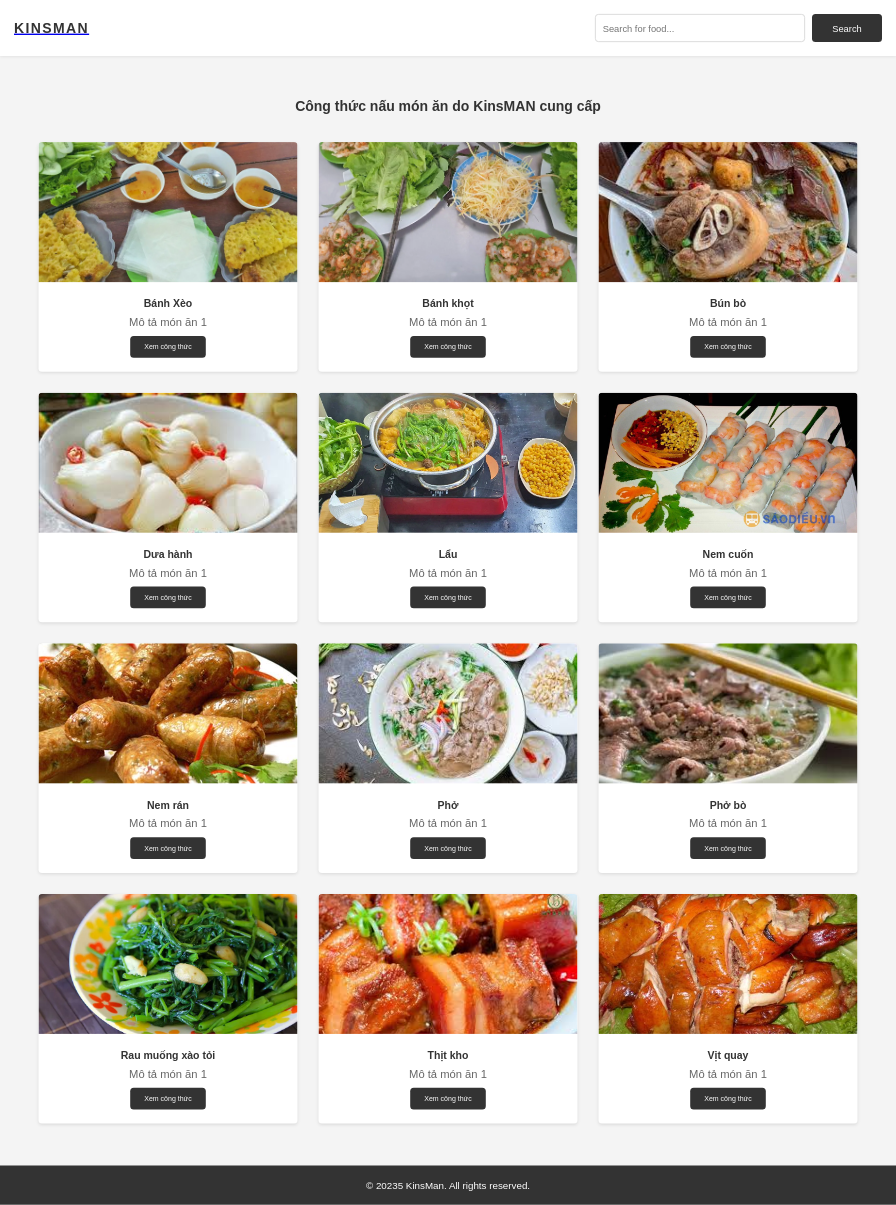
Repository: hoang28092000/how-food
Page: index.html
An editor plug-in stored every save of this project. The page is shown before and after a run of saves, followed by the edit.
The browser window is 1280 px wide. The pictures show the whole page, at 70% of full size.

Above is the page before, as saved 2025-04-15 00:30:08.

### index.html
<!DOCTYPE html>
<html lang="en">
<head>
    <meta charset="UTF-8">
    <meta name="viewport" content="width=device-width, initial-scale=1.0">
    <link rel="stylesheet" href="./style.css">
    <title>Food VN</title>
</head>
<body>
    <header>
        <div class="container">
            <nav class="nav">
                <a href="#"><h1 class="logo">KINSMAN</h1></a>
                <form action="" class="search-form">
                    <input type="text" class="search-box" placeholder="Search for food...">
                    <button type="submit" class="btn-search">Search</button>
                </form>
            </nav>
        </div>
    </header>
    <main>
        <div class="container">
            <h2 class="title-page">
                Công thức nấu món ăn do KinsMAN cung cấp
            </h2>
            <div class="list-food">
                <div class="food-item">
                    <img src="./image/banh-xeo.webp" alt="Món ăn 1" class="food-image">
                    <div class="info-card">
                        <h3 class="food-name">Bánh Xèo</h3>
                        <p class="food-description">Mô tả món ăn 1</p>
                        <a class="btn-card">Xem công thức</a>
                    </div>
                </div>
                <div class="food-item">
                    <img src="./image/banh_khot.webp" alt="Món ăn 1" class="food-image">
                    <div class="info-card">
                        <h3 class="food-name">Bánh khọt</h3>
                        <p class="food-description">Mô tả món ăn 1</p>
                        <a class="btn-card">Xem công thức</a>
                    </div>
                </div>
                <div class="food-item">
                    <img src="./image/bunbo.jpg" alt="Món ăn 1" class="food-image">
                    <div class="info-card">
                        <h3 class="food-name">Bún bò</h3>
                        <p class="food-description">Mô tả món ăn 1</p>
                        <a class="btn-card">Xem công thức</a>
                    </div>
                </div>
                <div class="food-item">
                    <img src="./image/duahanh.jpg" alt="Món ăn 1" class="food-image">
                    <div class="info-card">
                        <h3 class="food-name">Dưa hành</h3>
                        <p class="food-description">Mô tả món ăn 1</p>
                        <a class="btn-card">Xem công thức</a>
                    </div>
                </div>
                <div class="food-item">
                    <img src="./image/lau.webp" alt="Món ăn 1" class="food-image">
                    <div class="info-card">
                        <h3 class="food-name">Lẩu</h3>
                        <p class="food-description">Mô tả món ăn 1</p>
                        <a class="btn-card">Xem công thức</a>
                    </div>
                </div>
                <div class="food-item">
                    <img src="./image/nemccuon.jpg" alt="Món ăn 1" class="food-image">
                    <div class="info-card">
                        <h3 class="food-name">Nem cuốn</h3>
                        <p class="food-description">Mô tả món ăn 1</p>
                        <a class="btn-card">Xem công thức</a>
                    </div>
                </div>
                <div class="food-item">
                    <img src="./image/nemran.jpg" alt="Món ăn 1" class="food-image">
                    <div class="info-card">
                        <h3 class="food-name">Nem rán</h3>
                        <p class="food-description">Mô tả món ăn 1</p>
                        <a class="btn-card">Xem công thức</a>
                    </div>
                </div>
                <div class="food-item">
                    <img src="./image/pho.jpg" alt="Món ăn 1" class="food-image">
                    <div class="info-card">
                        <h3 class="food-name">Phở</h3>
                        <p class="food-description">Mô tả món ăn 1</p>
                        <a class="btn-card">Xem công thức</a>
                    </div>
                </div>
                <div class="food-item">
                    <img src="./image/phobo.jpg" alt="Món ăn 1" class="food-image">
                    <div class="info-card">
                        <h3 class="food-name">Phở bò</h3>
                        <p class="food-description">Mô tả món ăn 1</p>
                        <a class="btn-card">Xem công thức</a>
                    </div>
                </div>
                <div class="food-item">
                    <img src="./image/raumuong-xaotoi.webp" alt="Món ăn 1" class="food-image">
                    <div class="info-card">
                        <h3 class="food-name">Rau muống xào tỏi</h3>
                        <p class="food-description">Mô tả món ăn 1</p>
                        <a class="btn-card">Xem công thức</a>
                    </div>
                </div>
                <div class="food-item">
                    <img src="./image/thitkho.jpg" alt="Món ăn 1" class="food-image">
                    <div class="info-card">
                        <h3 class="food-name">Thịt kho</h3>
                        <p class="food-description">Mô tả món ăn 1</p>
                        <a class="btn-card">Xem công thức</a>
                    </div>
                </div>
                <div class="food-item">
                    <img src="./image/vit-quay.jpg" alt="Món ăn 1" class="food-image">
                    <div class="info-card">
                        <h3 class="food-name">Vịt quay</h3>
                        <p class="food-description">Mô tả món ăn 1</p>
                        <a class="btn-card">Xem công thức</a>
                    </div>
                </div>

            </div>
        </div>
    </main>

    <footer>
        <div class="container">
            <p>&copy; 20235 KinsMan. All rights reserved.</p>
        </div>
    </footer>


    <script src="./script.js"></script>
</body>
</html>

### style.css
*{
    padding: 0;
    margin: 0;
    box-sizing: border-box;
}
.hidden{
    display: none;
}
.show{
    box-shadow: 0 2px 5px rgba(0, 0, 0, 0.1);
}
html{
    font-size: 62.5%;
    scroll-behavior: smooth;
}
.container{
    max-width: calc(100% - 48px);
    width: 1170px;
    margin: 0 auto;
}
body{
    font-family: 'Poppins', sans-serif;
    background-color: #f4f4f4;
}
/* header */
nav{
    display: flex;
    justify-content: space-between;
    align-items: center;
    padding: 20px;
    background-color: #fff;
    box-shadow: 0 2px 5px rgba(0, 0, 0, 0.1);
    position: fixed;
    width: 100%;
    top: 0;
    left: 0;
    z-index: 1000;
}
nav .logo{
    font-size: 2rem;
    font-weight: bold;
    color: #333;
    letter-spacing: 2px;
}
nav .search-form{
    display: flex;
    width: 50%;
    align-items: center;
    justify-content: flex-end;
}
.search-box{
    width: 300px;
    height: 40px;
    padding-left: 10px;
    border: 1px solid #ccc;
    border-radius: 5px;
    outline: none;
}
.btn-search{
    width: 100px;
    height: 40px;
    background-color: #333;
    color: #fff;
    border: none;
    border-radius: 5px;
    cursor: pointer;
    margin-left: 10px;
    transition: background-color 0.2s ease-in-out;
}
.btn-search:hover{
    background-color: #555;
}
/* main */
main{
    margin-top: 80px;
}
.title-page{
    padding-top: 60px;
    text-align: center;
    font-size: 2rem;
    font-weight: bold;
    color: #333;

}
.list-food{
    display: grid;
    grid-template-columns: repeat(auto-fill, minmax(300px, 1fr));
    gap: 30px;
    margin-top: 40px;
}
.food-item{
    background-color: #fff;
    border-radius: 5px;
    box-shadow: 0 2px 5px rgba(0, 0, 0, 0.1);
    overflow: hidden;
    transition: transform 0.2s ease-in-out;
}
.food-item:hover{
    transform: scale(1.05);
    cursor: pointer;
}
.food-item img{
    width: 100%;
    height: 200px;
    object-fit: cover;
}
.info-card{
    padding: 20px 20px 30px;
    text-align: center;
}
.food-item h3{
    font-size: 1.5rem;
    font-weight: bold;
    color: #333;
    margin-bottom: 10px;
}
.food-item p{
    font-size: 1.6rem;
    color: #666;
    margin-bottom: 20px;
}
.food-item .btn-card{
    background-color: #333;
    color: #fff;
    border: none;
    border-radius: 5px;
    padding: 10px 20px;
    cursor: pointer;
    transition: background-color 0.2s ease-in-out;
}
.food-item .btn-card:hover{
    background-color: #555;
}
/* footer */
footer{
    background-color: #333;
    color: #fff;
    padding: 20px 0;
    text-align: center;
    position: relative;
    bottom: 0;
    width: 100%;
    margin-top: 60px;
}
footer p{
    font-size: 1.4rem;
    color: #fff;
    margin: 0;
}

/* responsive */
@media (max-width: 768px) {
    nav {
        flex-direction: column;
        align-items: center;
        gap: 20px;
    }
    .search-box{
        width: 80%;
    }
    .btn-search{
        width: 20%;
    }
    .list-food{
        grid-template-columns: repeat(auto-fill, minmax(200px, 1fr));
    }
}

### script.js
const searchForm = document.querySelector(".search-form");
const searchInput = document.querySelector(".search-box");
const searchButton = document.querySelector(".btn-search");
const foodItems = document.querySelectorAll(".food-item");

const message = document.createElement("p");
message.textContent = "Không tìm thấy công thức nào!";
message.style.color = "red";
message.style.fontSize = "20px";
message.style.display = "none";
message.style.textAlign = "center";
document.querySelector("main").appendChild(message); // Gắn vào main cho hợp lý

searchButton.addEventListener("click", (e) => {
    e.preventDefault(); // Chặn reload khi bấm Search

    const query = searchInput.value.trim().toLowerCase();
    let foundAny = false;

    for (let item of foodItems) {
        const name = item.querySelector(".food-name").textContent.toLowerCase();
        if (name.includes(query)) {
            item.style.display = "block";
            foundAny = true;
        } else {
            item.style.display = "none";
        }
    }

    message.style.display = foundAny ? "none" : "block";
});

After the next 2 saves:
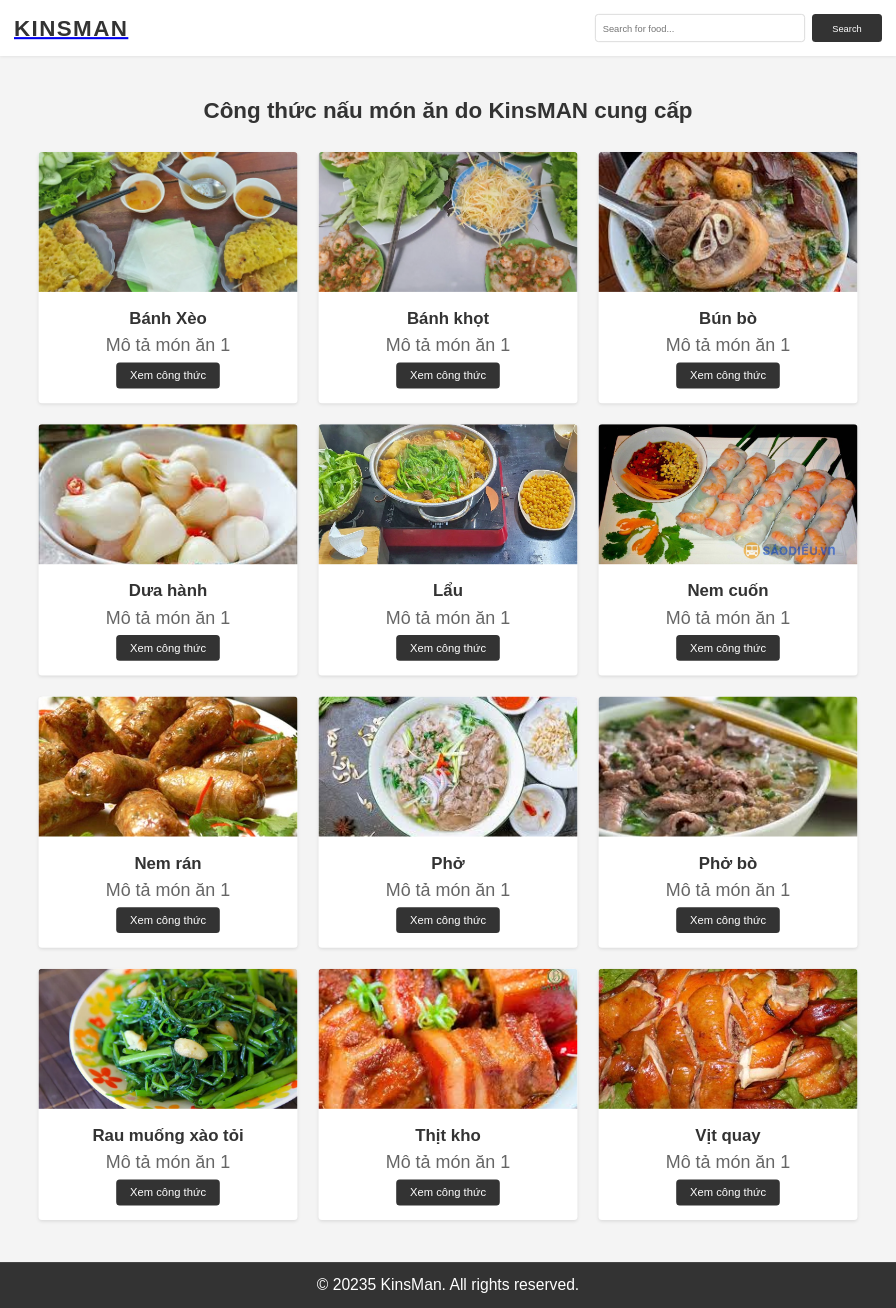
The 2 saves are shown as one change because they came seconds apart.
The last was saved 9 s later.
--- a/style.css
+++ b/style.css
@@ -9,6 +9,7 @@
 .show{
     box-shadow: 0 2px 5px rgba(0, 0, 0, 0.1);
 }
+nav
 html{
     font-size: 62.5%;
     scroll-behavior: smooth;

After the 3 saves that followed:
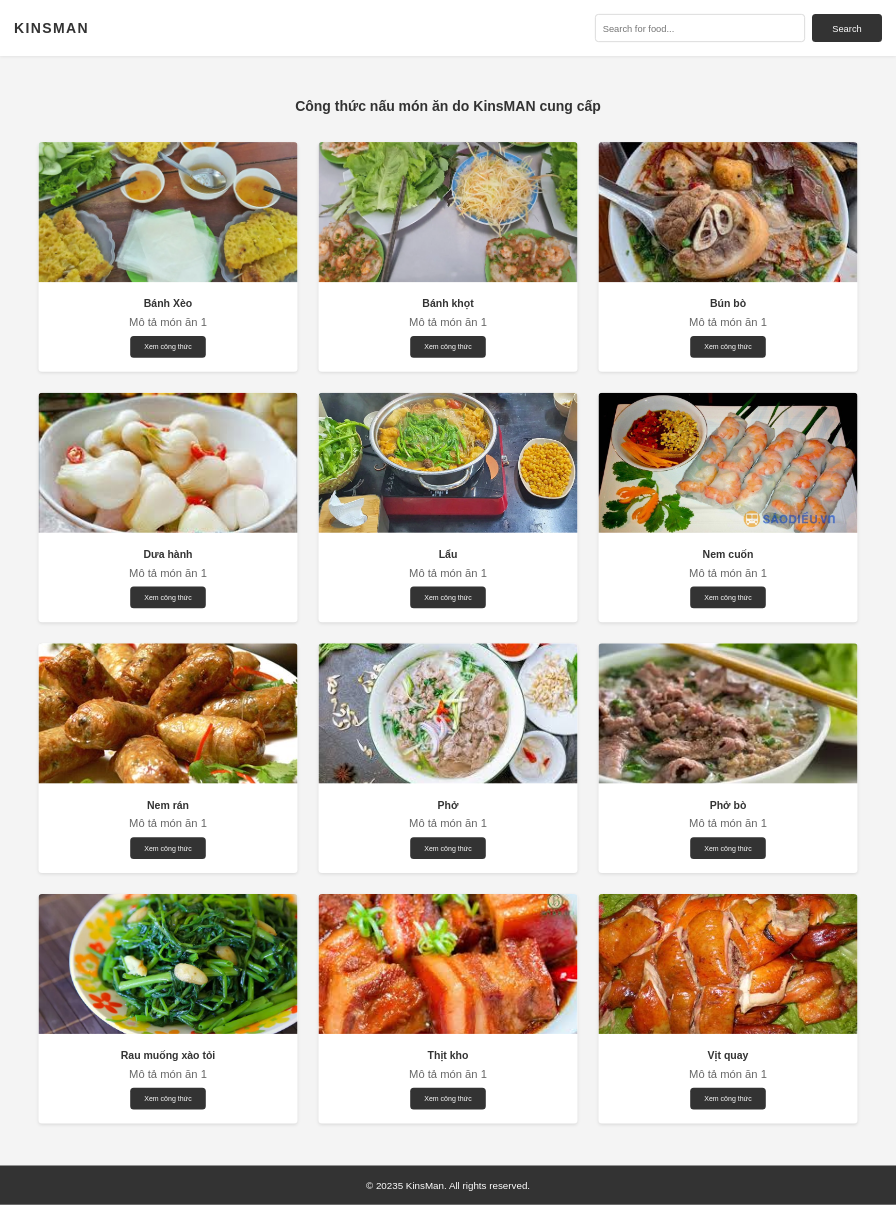
The 3 saves are shown as one change because 1 left the picture as it was and some came seconds apart.
The last was saved 9 s later.
--- a/style.css
+++ b/style.css
@@ -9,7 +9,10 @@
 .show{
     box-shadow: 0 2px 5px rgba(0, 0, 0, 0.1);
 }
-nav
+nav > a{
+    text-decoration: none;
+    color: #333;
+}
 html{
     font-size: 62.5%;
     scroll-behavior: smooth;
